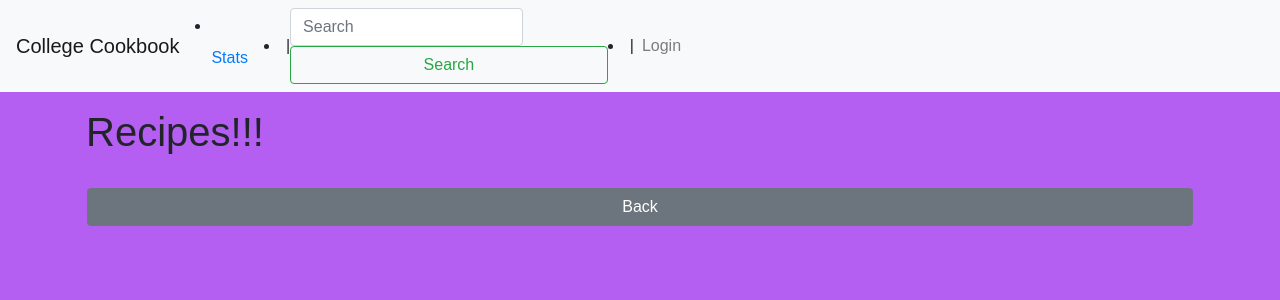
Repository: iiostefanos/college-cookbook
Page: http://localhost/
The author's editor kept a record of every edit. The page is drawn from the files as they stood at one moment, then again after the next edit.
The browser window is 1280 px wide. The pictures show the whole page.
The page is served by the project's application, run on Flask 3 (app.py). Queries for data that is not in the repository find no rows.

Above is the page before.

After the next edit:
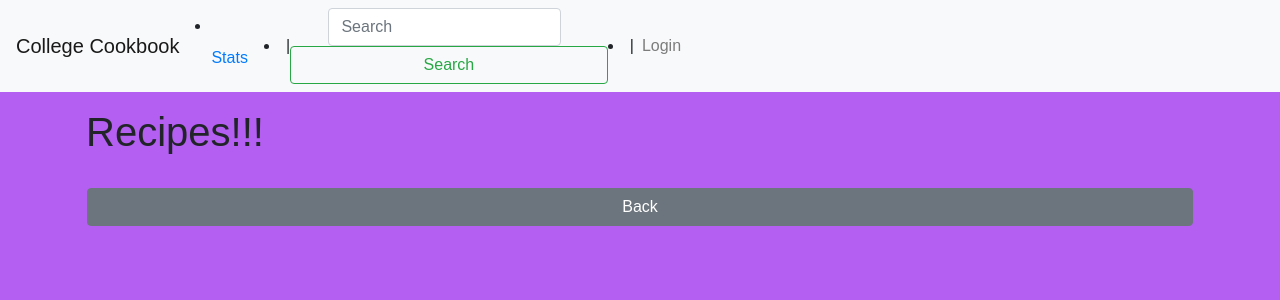
The edit:
--- a/templates/base.html
+++ b/templates/base.html
@@ -20,7 +20,7 @@
         <a class="nav-link" href="#">Stats</a>
       </li>
       <li>|</li>
-      <form class="form-inline my-2 my-lg-0">
+      <form class="form-inline my-2 my-lg-0 justify-content-center">
       <input class="form-control mr-sm-2" type="search" placeholder="Search" aria-label="Search">
       <button class="btn btn-outline-success my-2 my-sm-0" type="submit">Search</button>
     </form>
